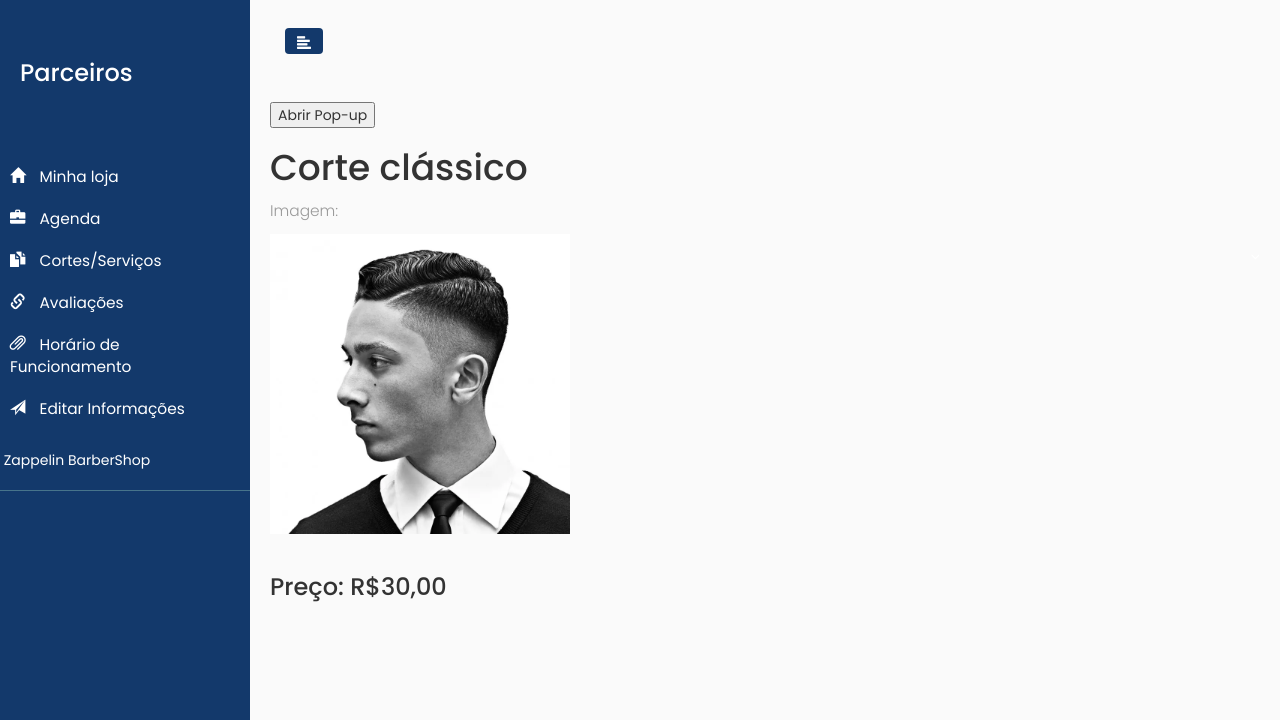
Repository: aquilesascar/barberconnect
Page: http://localhost/corteclassico.php
These files come from the project's save history. The page is drawn as it stood at one moment and after the next save; the edit follows.
The browser window is 1280 px wide. The pictures show the whole page.
The page is run by PHP 8.4 with error messages shown; the project is at /var/www/html/.

Above is the page before, as saved 2023-10-10 10:12:43.

After the next save:
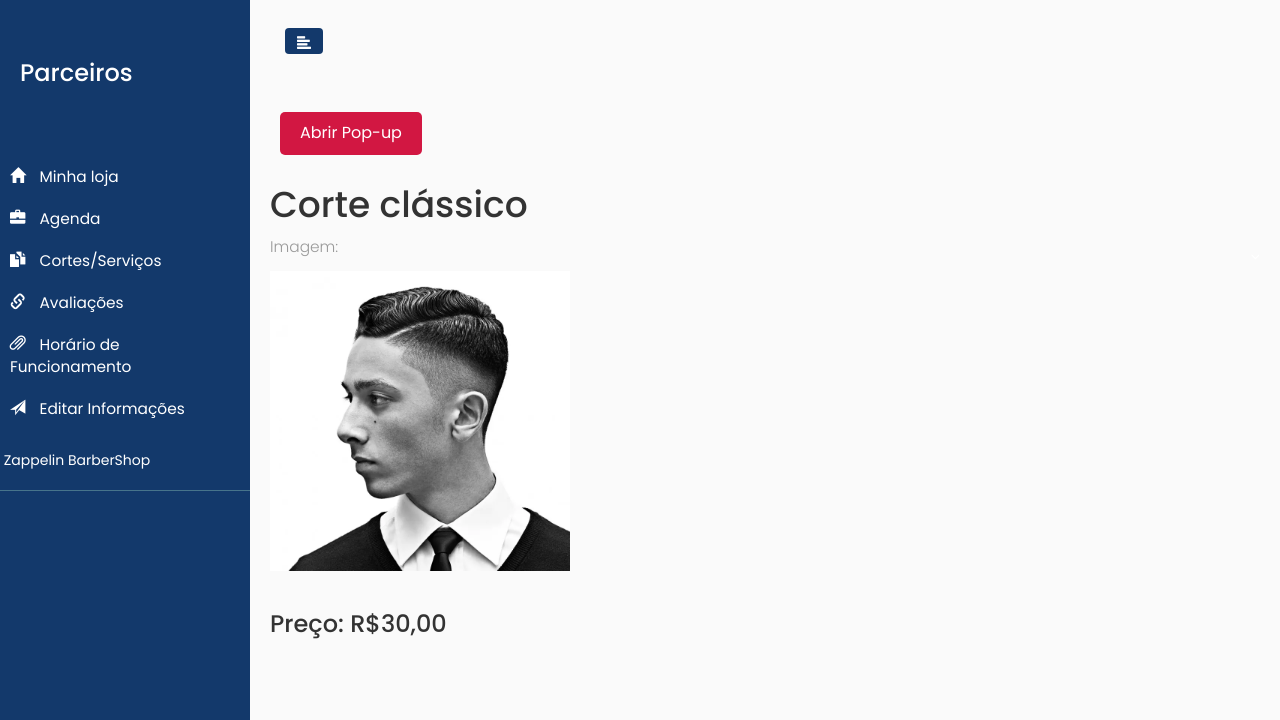
Saved 11 s later.
--- a/corteclassico.php
+++ b/corteclassico.php
@@ -71,7 +71,7 @@
                 }
             </script>
             <style>
-                #botaoAbrir,
+                #popUp,
                 #salvarTexto {
                     background-color: #D21742;
                     border: none;
